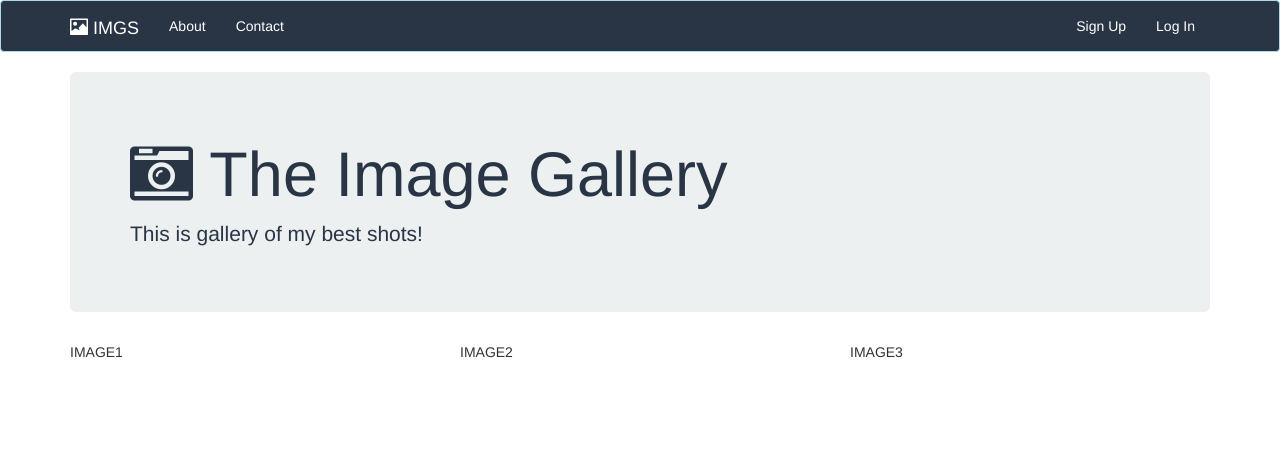
Repository: mmaurice/WebDev
Page: ImageGallery/workspace/gallery.html
The author's editor kept a record of every edit. The page is drawn from the files as they stood at one moment, then again after the next edit.
The browser window is 1280 px wide. The pictures show the whole page.

Above is the page before.

After the next edit:
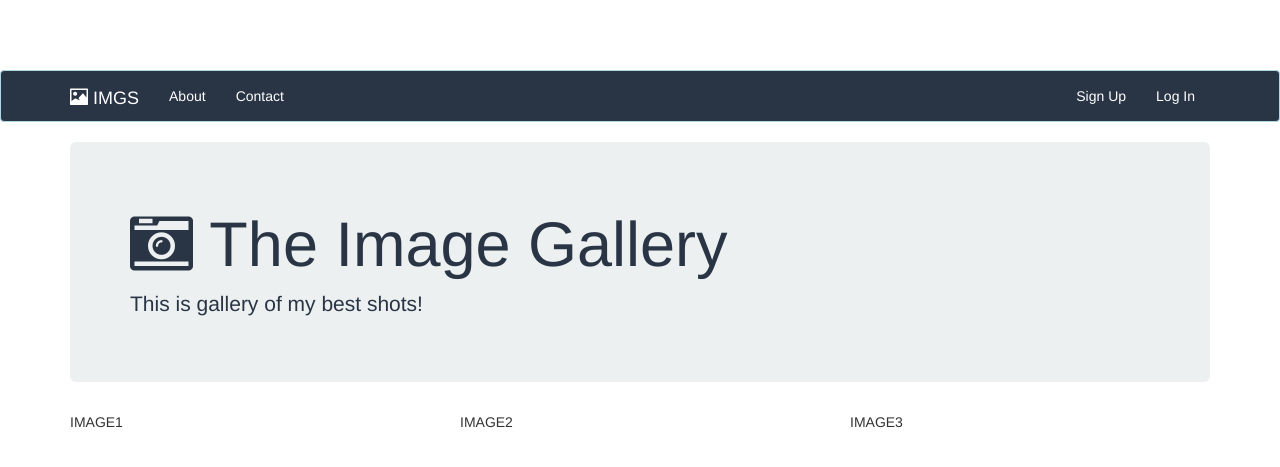
The edit:
--- a/ImageGallery/workspace/styles.css
+++ b/ImageGallery/workspace/styles.css
@@ -19,6 +19,9 @@
 /*.navbar-default .navbar-nav > li > a:focus {*/
 /*    color: #E6E6FA;*/
 /*}*/
+body{
+  padding-top: 70px;
+}
 
 .navbar-default {
   background-color: #293445;
